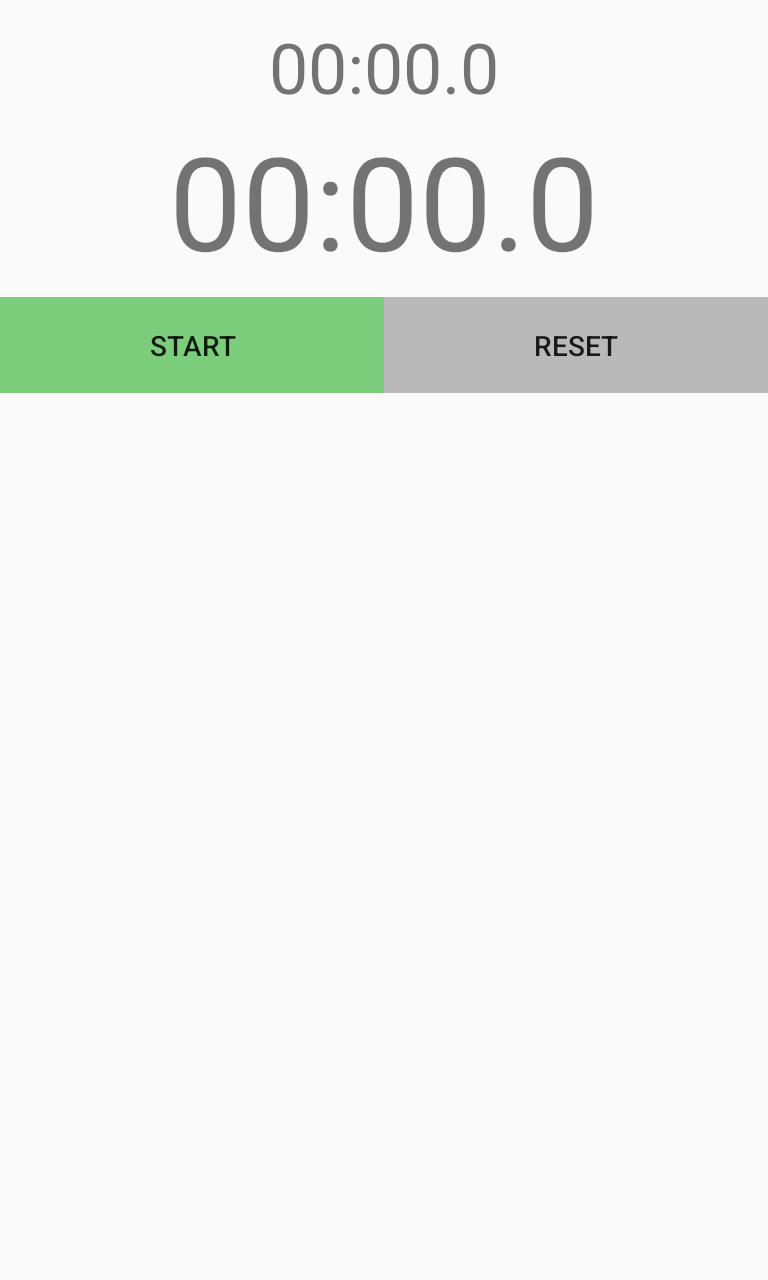
Repository: GitDidNotExitCleanly/AndroidTimer
Layout: G54MDP_Stopwatch/res/layout/fragment_stopwatch.xml
An editor plug-in stored every save of this project. The layout is shown before and after the next save, followed by the edit.
It is drawn on a 768 x 1280 px phone screen (xhdpi) without system bars, with theme AppTheme; the app's code is not run. Lists and similar views that code fills are empty.

Above is the layout before, as saved 2015-03-07 02:09:01.

### G54MDP_Stopwatch/res/layout/fragment_stopwatch.xml
<?xml version="1.0" encoding="utf-8"?>
<LinearLayout xmlns:android="http://schemas.android.com/apk/res/android"
    android:layout_width="match_parent"
    android:layout_height="match_parent"
    android:gravity="center_horizontal"
    android:orientation="vertical" >

        <LinearLayout
            android:layout_width="fill_parent"
            android:layout_height="wrap_content"
            android:gravity="center_horizontal"
            android:orientation="vertical" >

	        <TextView
	            android:id="@+id/smallTime"
	            android:layout_width="wrap_content"
	            android:layout_height="wrap_content"
	            android:text="00:00.0"
	            android:textSize="@dimen/stopwatch_small_time"
	            android:paddingTop="10dp" />

	        <TextView
	            android:id="@+id/largeTime"
	            android:layout_width="wrap_content"
	            android:layout_height="wrap_content"
	            android:text="00:00.0"
	            android:textSize="@dimen/stopwatch_large_time"
	            android:paddingBottom="5dp" />

	        <LinearLayout
	            android:layout_width="match_parent"
	            android:layout_height="wrap_content"
	            android:gravity="center_horizontal"
	            android:orientation="horizontal"
	             >

	            <Button
	                android:id="@+id/start_stop"
	                android:layout_width="wrap_content"
	                android:layout_height="wrap_content"
	                android:layout_weight="1"
	                android:text="Start"
	                android:background="#7CCD7C" />

	            <Button
	                android:id="@+id/reset_lap"
	                android:layout_width="wrap_content"
	                android:layout_height="wrap_content"
	                android:layout_weight="1"
	                android:text="Reset"
	                android:background="#B9B9B9" />

	        </LinearLayout>
    </LinearLayout>

    <ListView
        android:id="@+id/timeList"
        android:layout_width="fill_parent"
        android:layout_height="wrap_content"
        android:layout_gravity="center_horizontal" >

    </ListView>

</LinearLayout>

### G54MDP_Stopwatch/res/values/dimens.xml
<resources>

    <!-- Default screen margins, per the Android Design guidelines. -->
    <dimen name="activity_horizontal_margin">16dp</dimen>
    <dimen name="activity_vertical_margin">16dp</dimen>
    <dimen name="stopwatch_large_time">65dp</dimen><dimen name="stopwatch_small_time">35dp</dimen>

</resources>

Loaded but not shown: G54MDP_Stopwatch/res/values/styles.xml (common file); G54MDP_Stopwatch/res/values-v11/styles.xml (common file); G54MDP_Stopwatch/res/values-v14/styles.xml (common file)

After the next save:
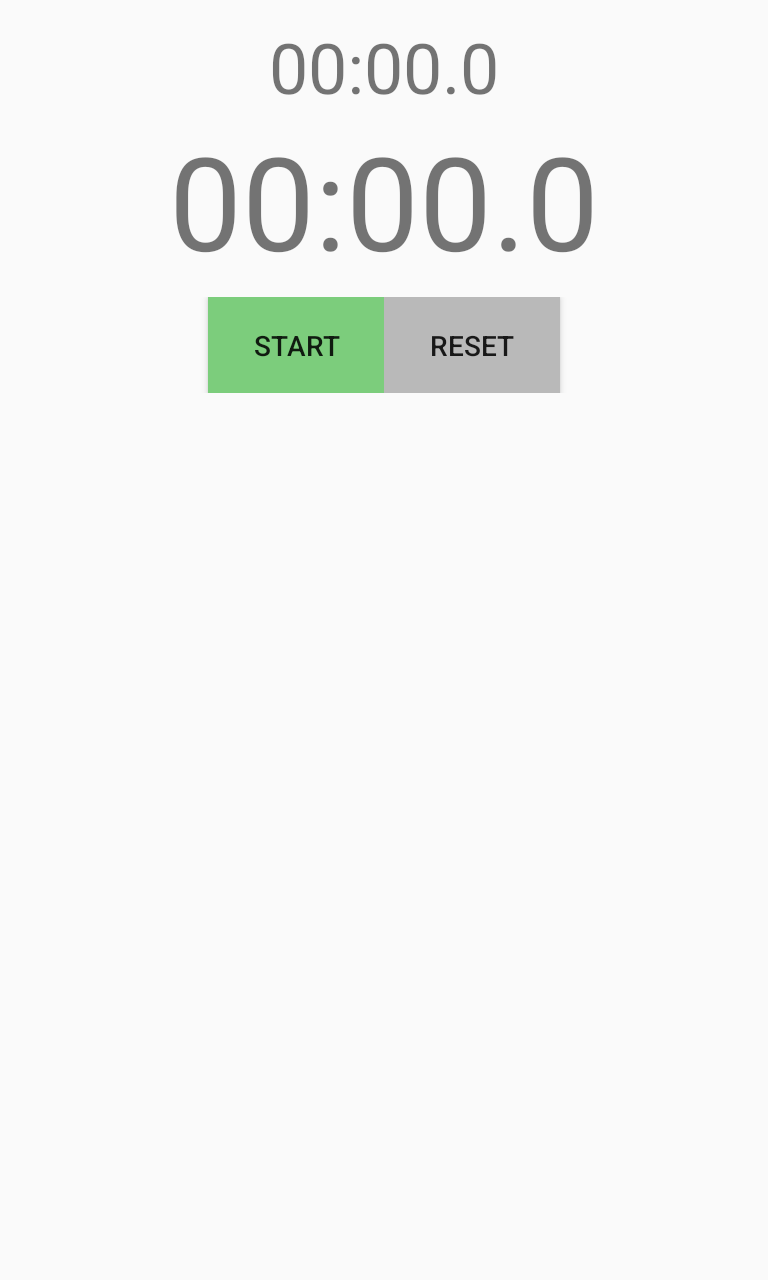
Saved 50 s later.
--- a/G54MDP_Stopwatch/res/layout/fragment_stopwatch.xml
+++ b/G54MDP_Stopwatch/res/layout/fragment_stopwatch.xml
@@ -38,7 +38,6 @@
 	                android:id="@+id/start_stop"
 	                android:layout_width="wrap_content"
 	                android:layout_height="wrap_content"
-	                android:layout_weight="1"
 	                android:text="Start"
 	                android:background="#7CCD7C" />
 
@@ -46,7 +45,6 @@
 	                android:id="@+id/reset_lap"
 	                android:layout_width="wrap_content"
 	                android:layout_height="wrap_content"
-	                android:layout_weight="1"
 	                android:text="Reset"
 	                android:background="#B9B9B9" />
 

After the save that followed:
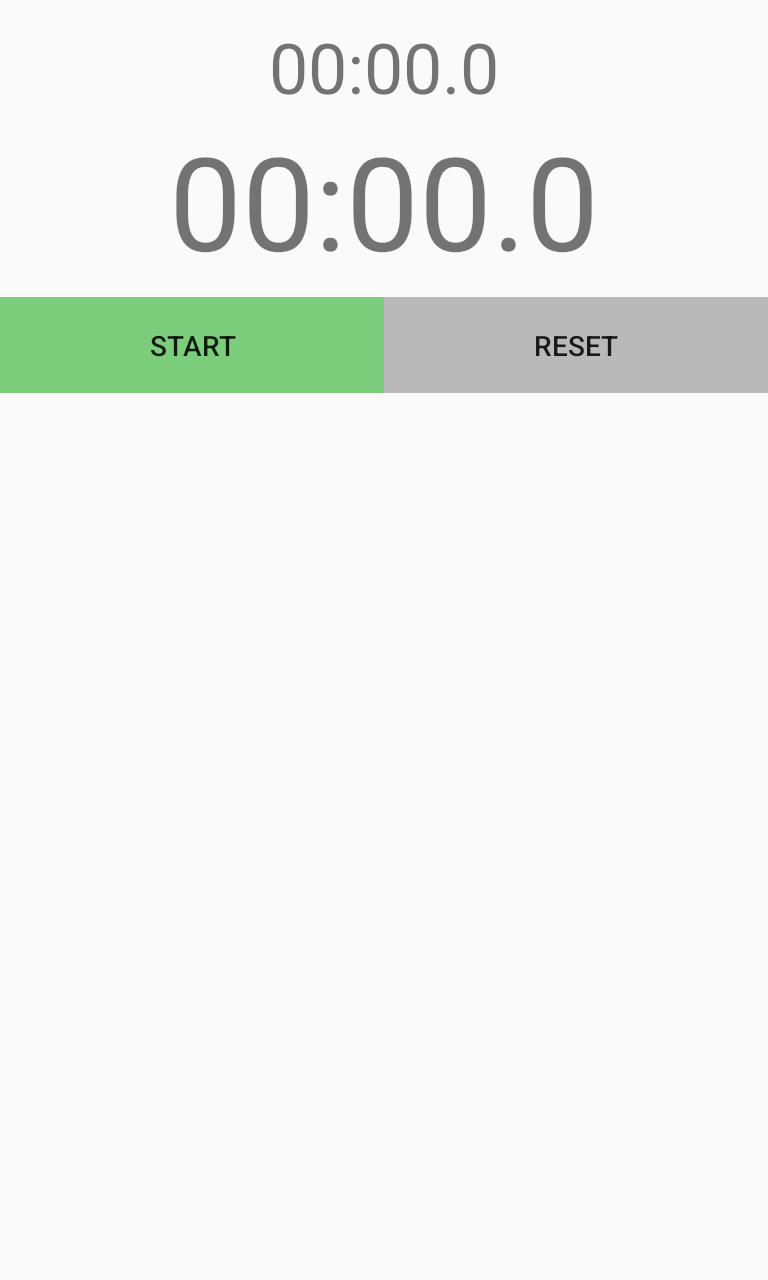
Saved 45 s later.
--- a/G54MDP_Stopwatch/res/layout/fragment_stopwatch.xml
+++ b/G54MDP_Stopwatch/res/layout/fragment_stopwatch.xml
@@ -38,6 +38,7 @@
 	                android:id="@+id/start_stop"
 	                android:layout_width="wrap_content"
 	                android:layout_height="wrap_content"
+	                android:layout_weight="0.5"
 	                android:text="Start"
 	                android:background="#7CCD7C" />
 
@@ -45,6 +46,7 @@
 	                android:id="@+id/reset_lap"
 	                android:layout_width="wrap_content"
 	                android:layout_height="wrap_content"
+	                android:layout_weight="0.5"
 	                android:text="Reset"
 	                android:background="#B9B9B9" />
 
